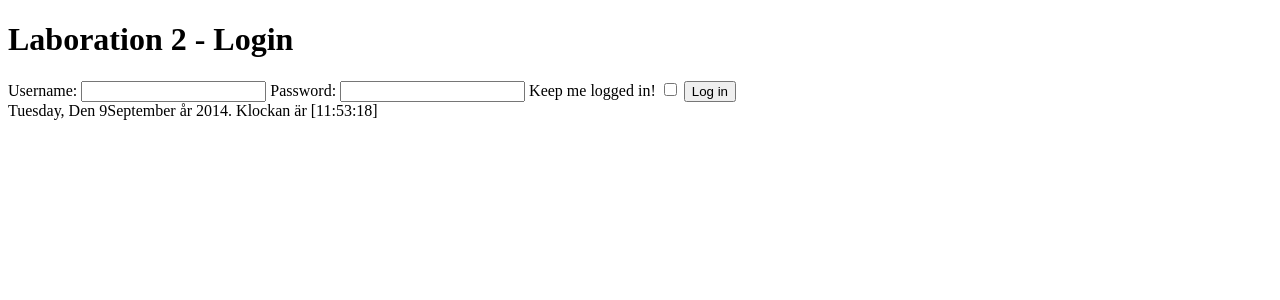
Repository: me222rs/PHPlabb2
Page: http://localhost/
These files come from the project's save history. The page is drawn as it stood at one moment and after the next save; the edit follows.
The browser window is 1280 px wide. The pictures show the whole page.
The page is run by PHP 8.4 with error messages shown; the project is at /var/www/html/.

Above is the page before, as saved 2014-09-09 12:00:34.

### PHPLabb2/index.php
<?php

	setlocale(LC_ALL , "swedish"); //Borde sätta språket till svenska?
	$day = ucwords(utf8_encode(strftime("%A")));
	$month = ucwords(strftime("%B"));
	$dayNumber = strftime("%e");
	$year = strftime("%Y");
	$time = strftime("%H:%M:%S");


	echo "
	<!DOCTYPE html>
	<html>
		<body>
			<form>
				<h1> Laboration 2 - Login</h1>
				Username:
					<input type='text' id='Username' />
				Password:
					<input type='password' id='Password' />
				Keep me logged in!
					<input type='checkbox' name='StayLoggedIn' />

					<button type='button'>Log in</button>
			</form>
		". ucwords(strftime($day . ", den " . $dayNumber . $month . " år " . $year .". Klockan är [". $time . "]")) ."
		</body>


	</html>
	";

?>

After the next save:
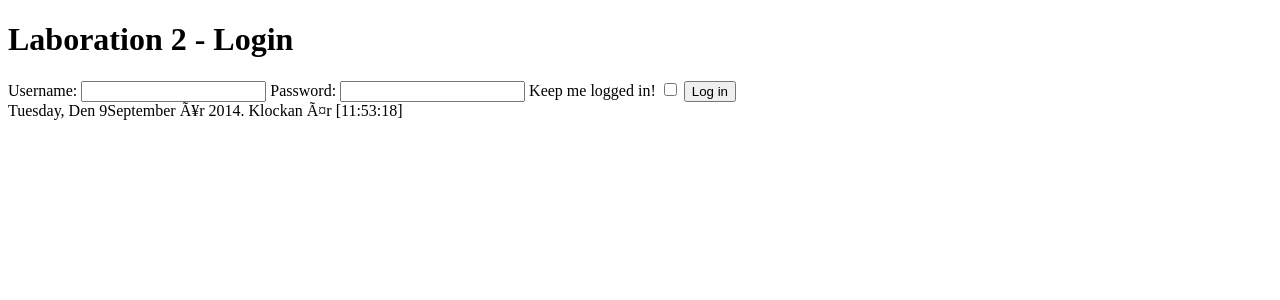
Saved 39 s later.
--- a/PHPLabb2/index.php
+++ b/PHPLabb2/index.php
@@ -23,7 +23,7 @@
 
 					<button type='button'>Log in</button>
 			</form>
-		". ucwords(strftime($day . ", den " . $dayNumber . $month . " år " . $year .". Klockan är [". $time . "]")) ."
+		". ucwords(utf8_encode(strftime($day . ", den " . $dayNumber . $month . " år " . $year .". Klockan är [". $time . "]"))) ."
 		</body>
 
 

After the save that followed:
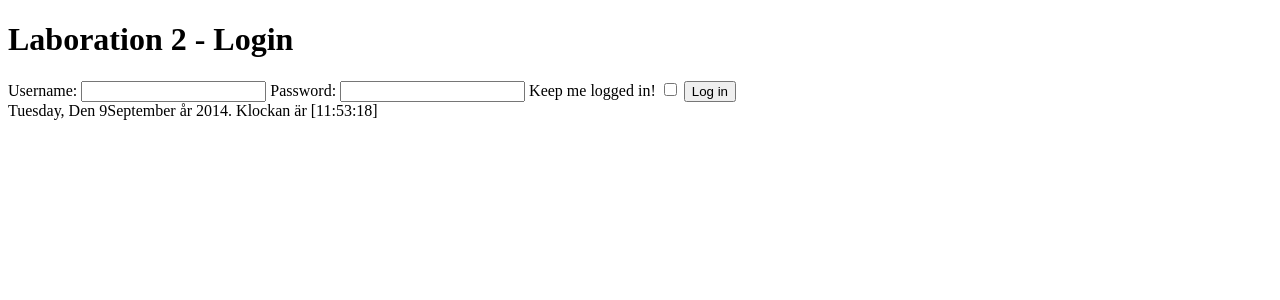
Saved 16 s later.
--- a/PHPLabb2/index.php
+++ b/PHPLabb2/index.php
@@ -23,7 +23,7 @@
 
 					<button type='button'>Log in</button>
 			</form>
-		". ucwords(utf8_encode(strftime($day . ", den " . $dayNumber . $month . " år " . $year .". Klockan är [". $time . "]"))) ."
+		". ucwords(strftime($day . ", den " . $dayNumber . $month . " år " . $year .". Klockan är [". $time . "]")) ."
 		</body>
 
 
